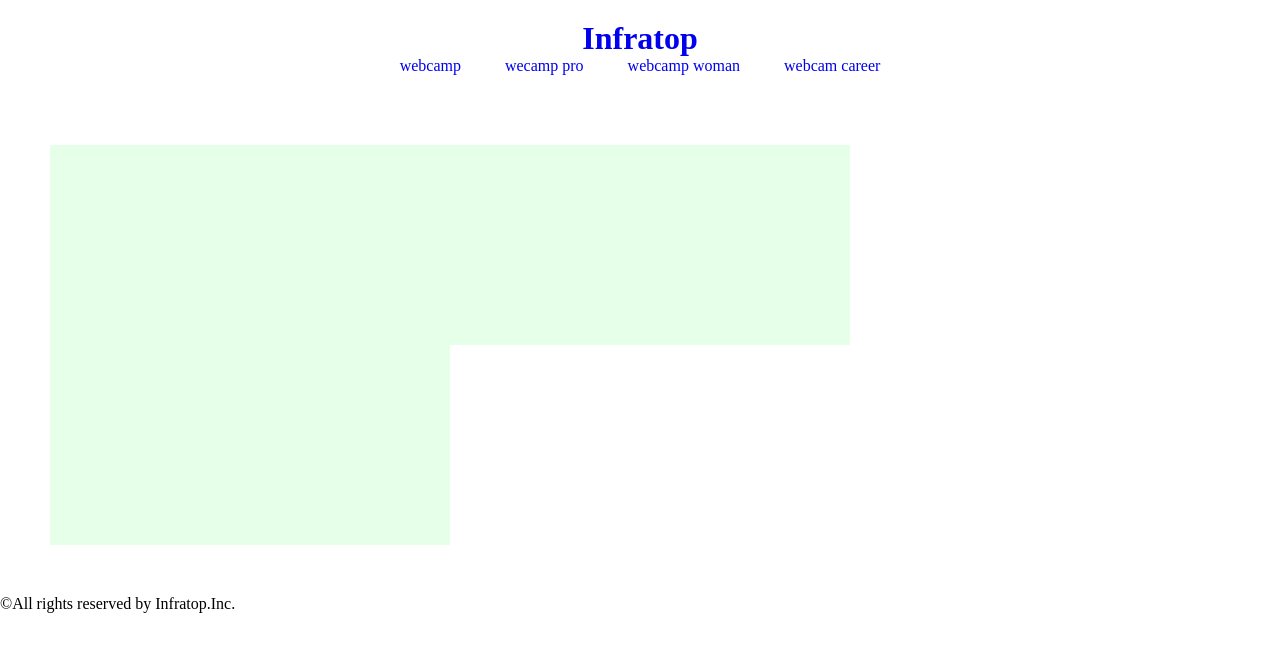
Repository: ego-boosting/assightment_1
Page: infratop/index.html
The author's editor kept a record of every edit. The page is drawn from the files as they stood at one moment, then again after the next edit.
The browser window is 1280 px wide. The pictures show the whole page.

Above is the page before.

After the next edit:
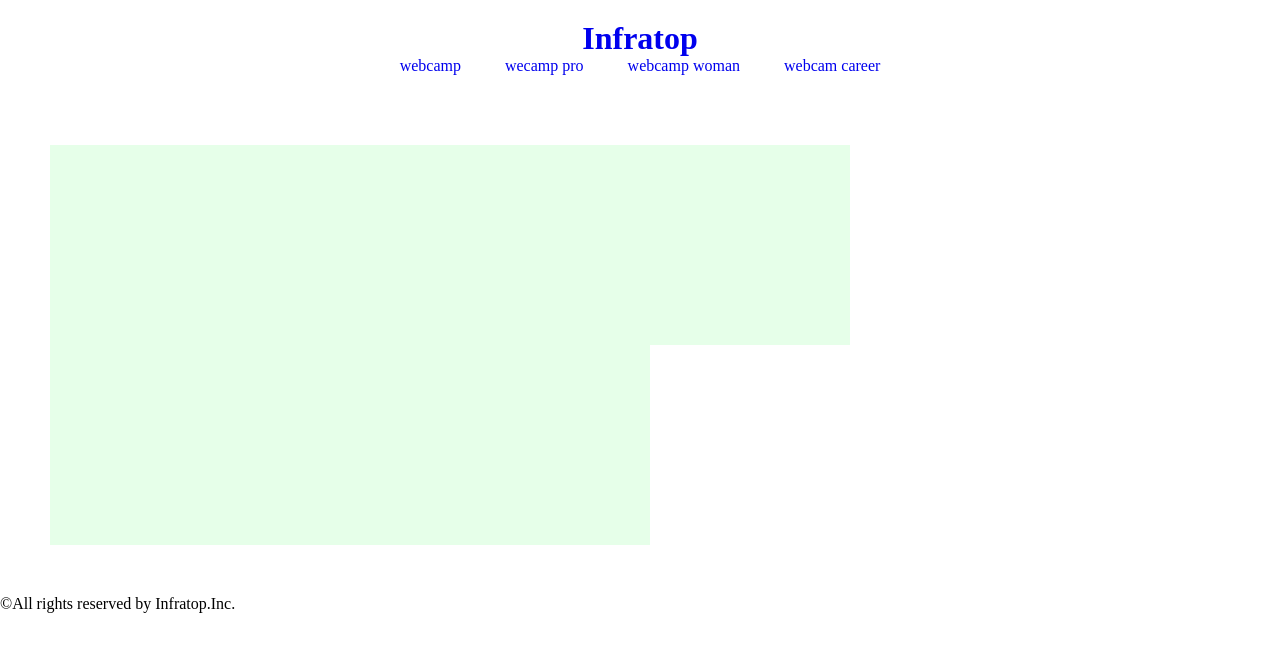
The edit:
--- a/infratop/style.css
+++ b/infratop/style.css
@@ -78,7 +78,7 @@
   background-color: #e6ffe9;
 }
 
-.box{
+.box6{
   width: 200px;
   height: 200px;
   background-color: #e6ffe9;
